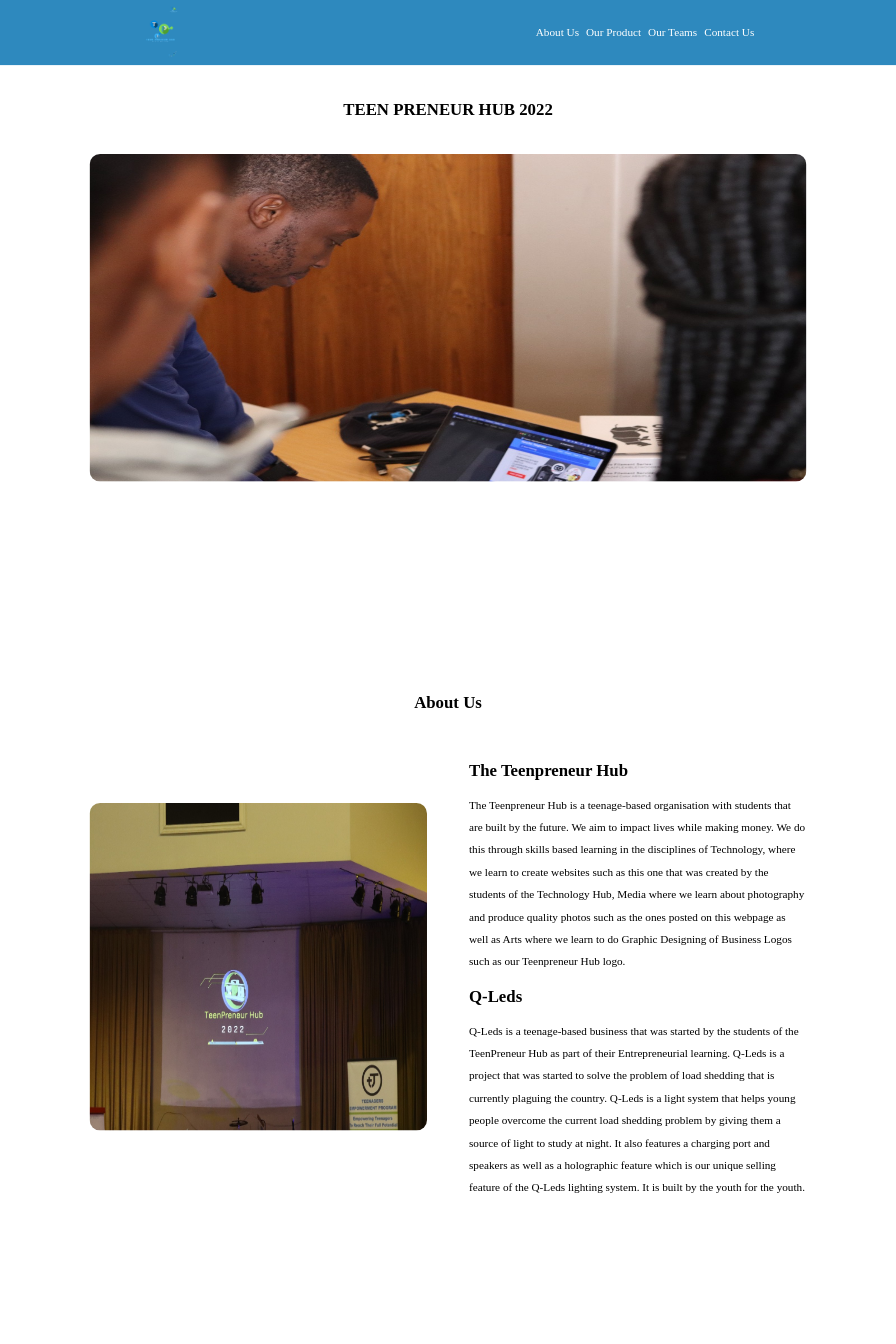
Repository: chadrackkyungu/4-BCT-TPH-Website
Page: index.html
These files come from the project's save history. The page is drawn as it stood at one moment and after the next save; the edit follows.
The browser window is 1280 px wide. The pictures show the part of the page from y = 0 to 1920 px (the page is 3630 px tall), at 70% of full size.

Above is the page before, as saved 2022-10-21 09:41:19.

### index.html
<!DOCTYPE html>
<html lang="en">

<head>
    <meta charset="UTF-8">
    <meta http-equiv="X-UA-Compatible" content="IE=edge">
    <meta name="viewport" content="width=device-width, initial-scale=1.0">
    <title> TPH LAB </title>
    <link rel="stylesheet" href="/src/css/style.css">
</head>

<body>

    <div class="navigation">
        <div class="logocontainer">
            <img class="image1" src="./src/images/logo.png" alt="">
        </div>

        <ul class="nav-link">
            <a href="#about">
                <li>About Us</li>
            </a>
            <a href="#product">
                <li>Our Product</li>
            </a>

            <a href="#teams">
                <li>Our Teams</li>
            </a>

            <a href="#contact">
                <li>Contact Us</li>
            </a>
        </ul>
    </div>

    <div class="section1">
        <h2 class="title"> TEEN PRENEUR HUB 2022</h2>

        <div class="image-container">
            <img src="./src/images/img-2.jpeg" alt="">
        </div>
    </div>

    <div class="section1">
        <a id="about">
            <h2 class="title"> About Us</h2>
        </a>

        <div class="aboutcontainer">
            <div class="image-container">
                <img src="./src/images/img-4.jpeg" alt="">
            </div>


            <div class="contentcontainer">
                <h2>The Teenpreneur Hub</h2>

                <p>The Teenpreneur Hub is a teenage-based organisation with students that are built by the future. We aim to impact lives while making money. We do this through skills based learning in the disciplines of Technology, where we learn to create
                    websites such as this one that was created by the students of the Technology Hub, Media where we learn about photography and produce quality photos such as the ones posted on this webpage as well as Arts where we learn to do Graphic
                    Designing of Business Logos such as our Teenpreneur Hub logo.</p>

                <h2>Q-Leds</h2>

                <p>Q-Leds is a teenage-based business that was started by the students of the TeenPreneur Hub as part of their Entrepreneurial learning. Q-Leds is a project that was started to solve the problem of load shedding that is currently plaguing
                    the country. Q-Leds is a light system that helps young people overcome the current load shedding problem by giving them a source of light to study at night. It also features a charging port and speakers as well as a holographic feature
                    which is our unique selling feature of the Q-Leds lighting system. It is built by the youth for the youth.
                </p>

            </div>

        </div>
    </div>

    <div class="section1">
        <a id="product">
            <h2 class="title">Our Product</h2>
        </a>


        <div class="productcontainer">
            <div class="prductimagecontainer">
                <img src="./src/images/img-4.jpeg" alt="">
            </div>
            <div class="prductimagecontainer">
                <img src="./src/images/img-5.jpeg" alt="">
            </div>
            <div class="prductimagecontainer">
                <img src="./src/images/img-6.jpeg" alt="">
            </div>
            <div class="prductimagecontainer">
                <img src="./src/images/img-7.jpeg" alt="">
            </div>
            <div class="prductimagecontainer">
                <img src="./src/images/img-8.jpeg" alt="">
            </div>
            <div class="prductimagecontainer">
                <img src="./src/images/img-9.jpeg" alt="">
            </div>

        </div>
    </div>


    <div class="section1">
        <a id="teams">
            <h2 class="title">Meet Our Team</h2>
        </a>

        <div class="teamcontainer">
            <div class="prductimagecontainer">
                <img src="./src/images/img-4.jpeg" alt="">
            </div>
            <div class="prductimagecontainer">
                <img src="./src/images/img-5.jpeg" alt="">
            </div>
            <div class="prductimagecontainer">
                <img src="./src/images/img-6.jpeg" alt="">
            </div>
        </div>
    </div>

    <div class="section1">
        <a id="contact">
            <h2 class="title"> Contact Us</h2>
        </a>

        <div class="contactcontainer">
            <div class="contactcontent">
                <P>Address: 52 Fife Avenue, Berea, Johannesburg, 2198</P>
                <p>Contact us on: 063 397 3539</p>
                <p>Email us on: mashudu@teenagers.org.za</p>
                <p><a href="https://teenagers.org.za/" target=" "> Website: www.teenagers.org.za </a></p>
                <p>Facebook: Teenagers Empowerment Program</p>
                <p>Instagram: @teenagersza</p>
            </div>
        </div>
    </div>

    <div class="navigation">
        <ul class="nav-link">
            <a href="#about">
                <li>About</li>
            </a>
            <a href="#product">
                <li>Our Product</li>
            </a>
            <a href="#contact">
                <li>Contact Us</li>
            </a>
        </ul>
    </div>
</body>
<html>

### src/css/style.css
html,
body {
    box-sizing: 0;
    margin: 0;
    padding: 0;
}

p {
    line-height: 2em;
}


/* NAVBAR */

.navigation {
    background-color: #2e89be;
    display: flex;
    justify-content: space-around;
    align-items: center;
}

.image1 {
    width: 100px;
}

.nav-link {
    display: flex;
}

.nav-link li {
    list-style-type: none;
    padding: 5px;
    color: white;
}

.nav-link a {
    text-decoration: none !important;
}


/* SECTION 1 */

.section1 {
    width: 80%;
    margin: 0 auto;
}

img {
    border-radius: 15px;
}

.title {
    text-align: center;
    margin-bottom: 50px;
    margin-top: 50px;
}

.image-container {
    width: 100%;
    height: 100vh;
}

.image-container img {
    width: 100%;
    height: 65% !important;
}

.aboutcontainer {
    display: flex;
    justify-content: space-between;
    /* align-items: center; */
    /* border: 5px solid red; */
}

.aboutcontainer .image-container {
    margin-top: 5em;
}

.contentcontainer {
    margin-left: 60px;
    width: 100%;
    /* border: 5px solid #00ff2a; */
}

.productcontainer {
    display: grid;
    grid-template-columns: 1fr 1fr 1fr;
    gap: 20px;
    margin-bottom: 10em;
}

.teamcontainer {
    display: grid;
    grid-template-columns: 1fr 1fr 1fr;
    gap: 20px;
    margin-top: 6em;
    margin-bottom: 10em;
}

.prductimagecontainer {
    width: 100%;
}

.prductimagecontainer img {
    width: 100%;
}

.contactcontainer {
    display: flex;
    justify-content: center;
    align-items: center;
    margin-bottom: 4em;
}

.contactcontent {
    margin: auto 0;
    text-align: center;
}

.logocontainer {
    width: 10%;
}

.logocontainer img {
    width: 50%;
    border-radius: 100%;
}

After the next save:
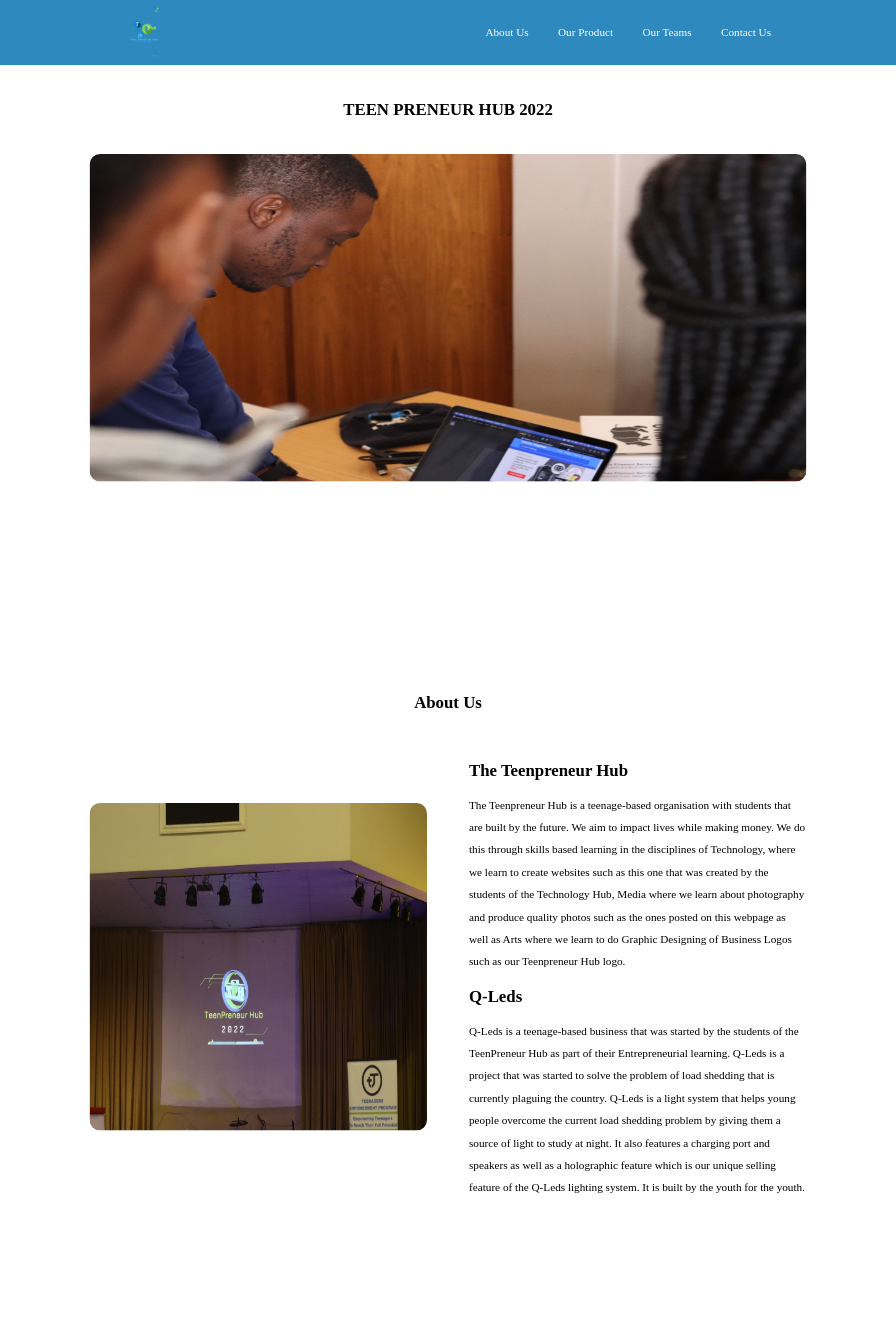
Saved 26 s later.
--- a/src/css/style.css
+++ b/src/css/style.css
@@ -25,6 +25,7 @@
 
 .nav-link {
     display: flex;
+    gap: 2em;
 }
 
 .nav-link li {
